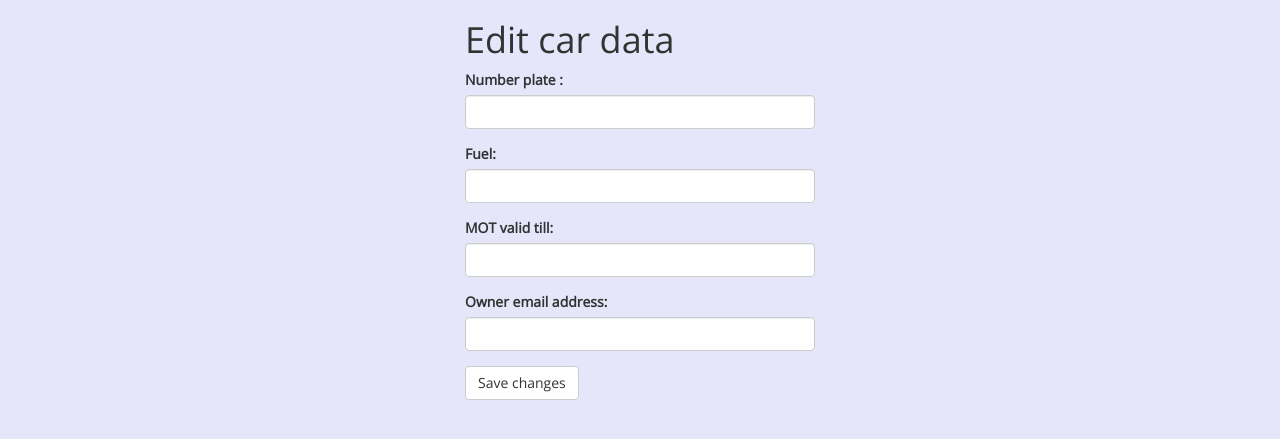
Repository: dornescustefan/SpringMVCProject
Page: http://localhost/ProjectMVC/WEB-INF/jsp/editcar.jsp
An editor plug-in stored every save of this project. The page is shown before and after the next save, followed by the edit.
The browser window is 1280 px wide. The pictures show the whole page.
Some web libraries are served in a nearby version. The page is served by Tomcat 9. Nobody is signed in. The template is opened directly, without the code that normally fills it, so the values that code supplies are empty.

Above is the page before, as saved 2017-10-16 18:43:12.

After the next save:
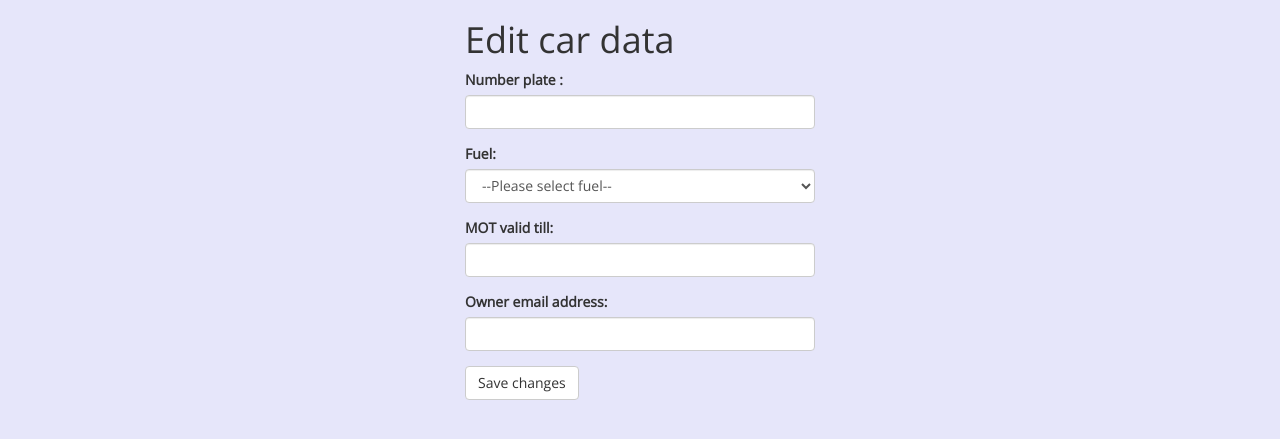
Saved 118 s later.
--- a/ProjectMVC/src/main/webapp/WEB-INF/jsp/editcar.jsp
+++ b/ProjectMVC/src/main/webapp/WEB-INF/jsp/editcar.jsp
@@ -28,7 +28,12 @@
 
 		 <div class="form-group">
         	<label  for="fuel">Fuel:</label>
-        	<form:input path="fuel"  id="fuel" type="text" class="form-control"/>
+        	<!--<form:input path="fuel"  id="fuel" type="text" class="form-control"/>-->
+        	<form:select path="fuel"  id="fuel" class="form-control"  type="text">
+        	 <option selected disabled >--Please select fuel--</option>
+         	<option>Diesel</option>
+         	<option>Petrol</option>
+         	</form:select>
         </div>
 
         <div class="form-group">
